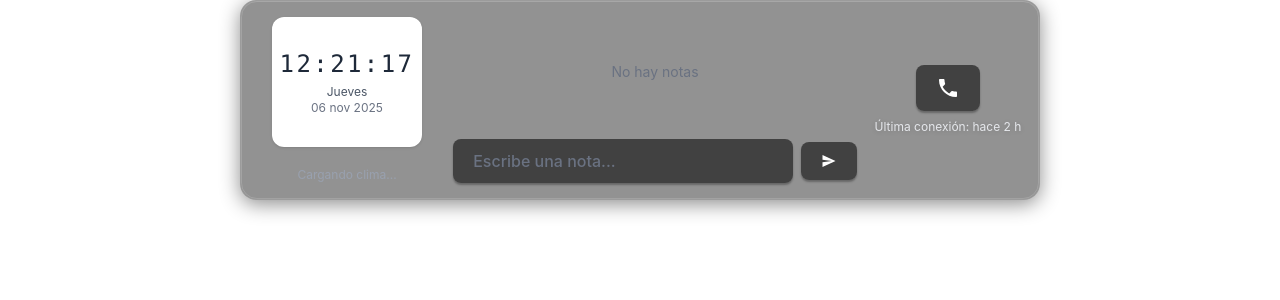
Repository: CodeByEvans/my-romantic-widget
Page: /
These files come from the project's save history. The page is drawn as it stood at one moment and after the next save; the edit follows.
The browser window is 1280 px wide. The pictures show the whole page.
The page's requests for data from a server got no answer. The project was rebuilt for these pictures with package versions that can differ from the ones it lists, and the page was loaded fresh each time. No one was signed in, and anything a server would have sent is missing. Also part of the build but not shown: vite.config.ts.

Above is the page before, as saved 2025-11-06 14:45:14.

### src/App.tsx
import "./App.css";
import { Clock } from "./components/Clock";
import { WeatherWidget } from "./components/WeatherWidget";
import { NotesList } from "./components/NotesList";
import { NoteInput } from "./components/NoteInput";
import { CallButton } from "./components/CallButton";

function App() {
  return (
    <main data-tauri-drag-region>
      {/* Clima + Reloj */}
      <section className="flex flex-col justify-between items-center h-full w-[180px] gap-2">
        <Clock />
        <WeatherWidget />
      </section>

      {/* Notas + input */}
      <section className="flex flex-col justify-between h-full flex-1">
        <NotesList />
        <NoteInput />
      </section>

      {/* Llamada */}
      <section className="flex flex-col justify-center items-center h-full w-[150px]">
        <CallButton />
        <p className="text-xs text-gray-200 mt-2 drop-shadow-sm">
          Última conexión: hace 2 h
        </p>
      </section>
    </main>
  );
}

export default App;

### src/App.css
@import "tailwindcss";

/* ======== CONFIGURACIÓN BASE ======== */
:root {
  font-family: Inter, Avenir, Helvetica, Arial, sans-serif;
  font-size: 16px;
  line-height: 24px;
  font-weight: 400;
  color: #f6f6f6;
  font-synthesis: none;
  text-rendering: optimizeLegibility;
  -webkit-font-smoothing: antialiased;
  -moz-osx-font-smoothing: grayscale;
  -webkit-text-size-adjust: 100%;
}

/* ======== ESTILO GLOBAL DE LA APP ======== */
main {
  position: relative;
  width: 800px;
  height: 200px;
  margin: 0 auto;
  display: flex;
  align-items: center;
  justify-content: space-between;
  gap: 1rem;
  padding: 1rem;

  /* Fondo cristal oscuro */
  background: rgba(15, 15, 15, 0.45);
  backdrop-filter: blur(14px) saturate(140%);
  -webkit-backdrop-filter: blur(14px) saturate(140%);
  border-radius: 1rem;
  border: 1px solid rgba(255, 255, 255, 0.08);

  /* Sombra exterior suave */
  box-shadow: 0 4px 20px rgba(0, 0, 0, 0.45),
    inset 0 1px 0 rgba(255, 255, 255, 0.05);

  -webkit-app-region: drag; /* Permitir mover la ventana */
}

/* Borde interior sutil */
main::before {
  content: "";
  position: absolute;
  inset: 0;
  border-radius: 1rem;
  border: 1px solid rgba(255, 255, 255, 0.15);
  pointer-events: none;
}

/* ======== ELEMENTOS ======== */
input,
button {
  border-radius: 8px;
  border: 1px solid transparent;
  padding: 0.6em 1.2em;
  font-size: 1em;
  font-weight: 500;
  font-family: inherit;
  color: #fff;
  background-color: rgba(30, 30, 30, 0.7);
  transition: border-color 0.25s, background-color 0.25s;
  box-shadow: 0 2px 2px rgba(0, 0, 0, 0.3);
  -webkit-app-region: no-drag;
}

button:hover {
  border-color: #396cd8;
}

button:active {
  background-color: rgba(40, 40, 40, 0.7);
}

/* Enlaces */
a {
  font-weight: 500;
  color: #61dafb;
  text-decoration: inherit;
}

a:hover {
  color: #24c8db;
}

/* Otros elementos */
h1 {
  text-align: center;
}

### src/components/Clock.tsx
import { useEffect, useState } from "react";

export const Clock = () => {
  const [time, setTime] = useState(new Date());

  useEffect(() => {
    const interval = setInterval(() => {
      setTime(new Date());
    }, 1000);
    return () => clearInterval(interval);
  }, []);

  const hours = time.getHours().toString().padStart(2, "0");
  const minutes = time.getMinutes().toString().padStart(2, "0");
  const seconds = time.getSeconds().toString().padStart(2, "0");

  const day = time.toLocaleDateString("es-ES", { weekday: "long" });
  const date = time.toLocaleDateString("es-ES", {
    day: "2-digit",
    month: "short",
    year: "numeric",
  });

  return (
    <div className="bg-white rounded-xl shadow-sm px-3 py-2 flex flex-col items-center justify-center w-[150px] h-[130px] backdrop-blur-sm">
      <p className="text-2xl font-mono tracking-widest text-gray-800">
        {hours}:{minutes}:{seconds}
      </p>
      <p className="text-xs text-gray-600 mt-1 capitalize">{day}</p>
      <p className="text-xs text-gray-500">{date}</p>
    </div>
  );
};

### src/components/WeatherWidget.tsx
import { JSX } from "react";
import { useWeather } from "../hooks/useWeather";
import {
  WiDaySunny,
  WiCloud,
  WiRain,
  WiSnow,
  WiThunderstorm,
  WiFog,
  WiDayHaze,
} from "react-icons/wi";

const weatherStyles: Record<string, { gradient: string; icon: JSX.Element }> = {
  Thunderstorm: {
    gradient: "from-indigo-800 via-purple-700 to-indigo-900 text-white",
    icon: <WiThunderstorm size={28} />,
  },
  Drizzle: {
    gradient: "from-sky-400 via-sky-500 to-blue-600 text-white",
    icon: <WiRain size={28} />,
  },
  Rain: {
    gradient: "from-blue-500 via-indigo-500 to-blue-700 text-white",
    icon: <WiRain size={28} />,
  },
  Snow: {
    gradient: "from-cyan-100 via-blue-100 to-blue-300 text-gray-700",
    icon: <WiSnow size={28} />,
  },
  Mist: {
    gradient: "from-gray-200 via-gray-300 to-gray-400 text-gray-800",
    icon: <WiFog size={28} />,
  },
  Haze: {
    gradient: "from-amber-200 via-amber-300 to-amber-400 text-gray-800",
    icon: <WiDayHaze size={28} />,
  },
  Clear: {
    gradient: "from-yellow-200 via-orange-300 to-pink-400 text-gray-900",
    icon: <WiDaySunny size={28} />,
  },
  Clouds: {
    gradient: "from-gray-300 via-gray-400 to-gray-600 text-gray-900",
    icon: <WiCloud size={28} />,
  },
  Fog: {
    gradient: "from-gray-300 via-gray-400 to-gray-500 text-gray-900",
    icon: <WiFog size={28} />,
  },
};

export const WeatherWidget = () => {
  const { data, loading, errorWeather } = useWeather();

  if (errorWeather)
    return <div className="text-xs text-red-400">{errorWeather}</div>;
  if (loading || !data)
    return <div className="text-xs text-gray-400">Cargando clima...</div>;

  const [city, info] = Object.entries(data)[0] || [];
  const temp = Math.round(info.main.temp);
  const condition = info.weather[0].main;

  const style = weatherStyles[condition] || weatherStyles["Clouds"];

  return (
    <div
      className={`relative flex flex-col items-center justify-center rounded-2xl
                  bg-gradient-to-br ${style.gradient} w-[150px] h-[100px]
                  backdrop-blur-md bg-opacity-70 shadow-[0_2px_10px_rgba(0,0,0,0.3)]
                  border border-white/20 overflow-hidden transition-all duration-500`}
    >
      {/* sutil capa de brillo animado */}
      <div className="absolute inset-0 bg-white/10 opacity-0 hover:opacity-20 transition-opacity duration-500" />

      {/* borde de reflejo superior */}
      <div className="absolute top-0 left-0 right-0 h-[1px] bg-white/40" />

      {/* contenido */}
      <div className="flex items-center gap-2">
        <div className="animate-pulse-slow">{style.icon}</div>
        <div className="flex flex-col items-start leading-tight">
          <h2 className="text-xs font-semibold tracking-wide drop-shadow-sm">
            {city}
          </h2>
          <p className="text-lg font-bold drop-shadow-sm">{temp}°C</p>
        </div>
      </div>
    </div>
  );
};

### src/components/NotesList.tsx
import { useRealTimeNotes } from "../hooks/useRealTimeNotes";

export const NotesList = () => {
  const notes = useRealTimeNotes();

  const sortedNotes = [...notes].sort(
    (a, b) =>
      new Date(b.created_at).getTime() - new Date(a.created_at).getTime()
  );

  const noteToShow = sortedNotes[0];
  if (!noteToShow)
    return (
      <div className="flex items-center justify-center h-[110px] text-gray-500 text-sm">
        No hay notas
      </div>
    );

  return (
    <div className="bg-white rounded-xl backdrop-blur-sm shadow-inner p-3 h-[110px] overflow-hidden">
      <div className="flex justify-between items-center mb-1">
        <h3 className="font-semibold text-sm text-gray-700">
          {noteToShow.from}
        </h3>
        <small className="text-xs text-gray-400">
          {new Date(noteToShow.created_at).toLocaleString()}
        </small>
      </div>
      <p className="text-gray-700 text-sm italic line-clamp-3">
        {noteToShow.message}
      </p>
    </div>
  );
};

### src/components/NoteInput.tsx
import { IoMdSend } from "react-icons/io";

export const NoteInput = () => {
  return (
    <form className="flex items-center gap-2 mt-2">
      <input
        type="text"
        placeholder="Escribe una nota..."
        className="flex-1 text-sm px-3 py-2 rounded-lg bg-white text-gray-800 placeholder-gray-500 focus:outline-none focus:ring-2 focus:ring-blue-300 transition-all"
      />
      <button
        type="submit"
        className="p-2 bg-blue-500 rounded-full text-white hover:bg-blue-600 transition-colors"
      >
        <IoMdSend size={16} />
      </button>
    </form>
  );
};

### src/components/CallButton.tsx
import { IoMdCall } from "react-icons/io";

export const CallButton = () => {
  return (
    <div className="flex flex-col items-center justify-center">
      <button className="p-4 bg-green-500 text-white rounded-full shadow-md hover:bg-green-600 hover:scale-105 transition-transform">
        <IoMdCall size={24} />
      </button>
    </div>
  );
};

### src/hooks/useWeather.ts
import { useEffect, useState } from "react";
import {
  getCityByCoordinates,
  getWeatherByCity,
} from "../services/weatherService";
import { WeatherData } from "../types/weather";
import { useGeolocation } from "./useGeolocation";

export const useWeather = () => {
  const { coords, error } = useGeolocation();
  const [data, setData] = useState<Record<string, WeatherData> | null>(null);
  const [loading, setLoading] = useState<boolean>(false);
  const [errorWeather, setErrorWeather] = useState<string | null>(null);

  useEffect(() => {
    if (error) setErrorWeather(error);
  }, [error]);

  useEffect(() => {
    if (!coords) return;

    const fetchWeather = async () => {
      setLoading(true);
      try {
        const city = await getCityByCoordinates(
          coords.latitude,
          coords.longitude
        );
        const weather = await getWeatherByCity(city[0].name);
        setData({ [city[0].name]: weather });
      } catch (error) {
        console.error(error);
      } finally {
        setLoading(false);
      }
    };

    fetchWeather();
  }, [coords]);

  return { data, loading, errorWeather };
};

### src/hooks/useRealTimeNotes.ts
import { useEffect, useState } from "react";
import z from "zod";
import { supabase } from "../services/supabaseClient";

const noteSchema = z.object({
  id: z.number(),
  from: z.string(),
  message: z.string(),
  created_at: z.string(),
});

type Note = z.infer<typeof noteSchema>;

export const useRealTimeNotes = () => {
  const [notes, setNotes] = useState<Note[]>([]);

  useEffect(() => {
    // Cargar notas iniciales
    supabase
      .from<"notes", Note>("notes")
      .select("*")
      .then(({ data, error }) => {
        if (data) {
          setNotes(data);
          console.log("Notas cargadas:", data);
        } else {
          console.error("Error fetching notes:", error);
        }
      });

    // Suscripción en tiempo real
    const channel = supabase
      .channel("public:notes")
      .on(
        "postgres_changes",
        { event: "*", schema: "public", table: "notes" },
        (payload) => {
          console.log("Cambio dettectado:", payload);

          if (payload.eventType === "INSERT") {
            const newNote = noteSchema.parse(payload.new);
            setNotes((prevNotes) => [...prevNotes, newNote]);
            console.log("Nota añadida:", newNote);
          } else if (payload.eventType === "UPDATE") {
            setNotes((prev) =>
              prev.map((note) =>
                note.id === payload.new.id
                  ? noteSchema.parse(payload.new)
                  : note
              )
            );
          } else if (payload.eventType === "DELETE") {
            setNotes((prev) =>
              prev.filter((note) => note.id !== payload.old.id)
            );
          }
        }
      )
      .subscribe();

    return () => {
      supabase.removeChannel(channel);
    };
  }, []);

  return notes;
};

### src/services/weatherService.ts
import { envs } from "../config/envs";

export const getWeatherByCity = async (city: string) => {
  const response = await fetch(
    `https://api.openweathermap.org/data/2.5/weather?q=${city}&appid=${envs.openWeatherApiKey}&units=metric`
  );

  if (!response.ok) {
    throw new Error("No se pudo obtener el clima");
  }
  return response.json();
};

export const getCityByCoordinates = async (lat: number, lon: number) => {
  const response = await fetch(
    `https://api.openweathermap.org/geo/1.0/reverse?lat=${lat}&lon=${lon}&limit=1&appid=${envs.openWeatherApiKey}`
  );

  if (!response.ok) {
    throw new Error("No se pudo obtener la ciudad");
  }

  return response.json();
};

### src/hooks/useGeolocation.ts
import { useEffect, useState } from "react";

export const useGeolocation = () => {
  const [coords, setCoords] = useState<{
    latitude: number;
    longitude: number;
  } | null>(null);
  const [error, setError] = useState<string | null>(null);

  useEffect(() => {
    if (!navigator.geolocation) {
      setError("Geolocalización no soportada por el navegador");
      return;
    }

    navigator.geolocation.getCurrentPosition(
      (position) => {
        setCoords({
          latitude: position.coords.latitude,
          longitude: position.coords.longitude,
        });
      },
      (err) => {
        setError(`Error obteniendo la geolocalización: ${err.message}`);
      }
    );
  }, []);

  return { coords, error };
};

### src/services/supabaseClient.ts
import { createClient } from "@supabase/supabase-js";
import { envs } from "../config/envs";

export const supabase = createClient(envs.supabaseUrl, envs.supabaseAnonKey, {
  realtime: {
    params: {
      eventsPerSecond: 10,
    },
  },
});

### src/config/envs.ts
import * as z from "zod";

const envSchema = z.object({
  VITE_SUPABASE_URL: z.string().url(),
  VITE_SUPABASE_ANON_KEY: z.string().min(1),
  VITE_OPEN_WEATHER_API_KEY: z.string().min(1),
});

const parsed = envSchema.parse(import.meta.env);

export const envs = {
  supabaseUrl: parsed.VITE_SUPABASE_URL,
  supabaseAnonKey: parsed.VITE_SUPABASE_ANON_KEY,
  openWeatherApiKey: parsed.VITE_OPEN_WEATHER_API_KEY,
};

Loaded but not shown: index.html (common file); src/main.tsx (common file)

After the next save:
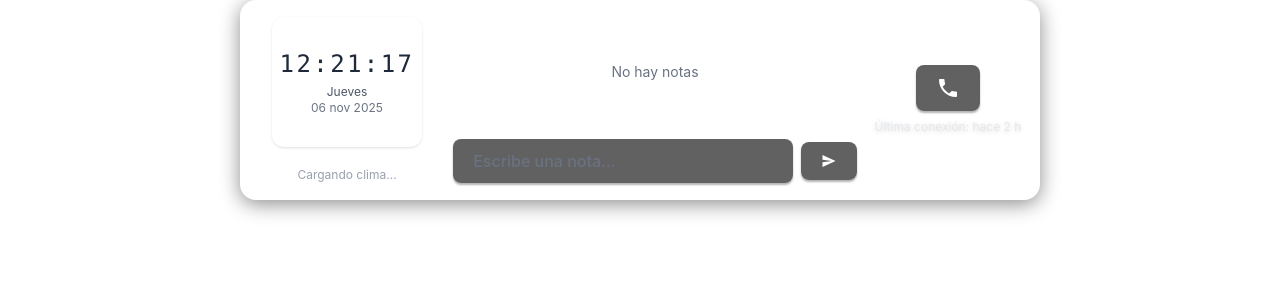
Saved 68 s later.
--- a/src/App.css
+++ b/src/App.css
@@ -27,7 +27,7 @@ main {
   padding: 1rem;
 
   /* Fondo cristal oscuro */
-  background: rgba(15, 15, 15, 0.45);
+  background: rgba(255, 255, 255, 0.1);
   backdrop-filter: blur(14px) saturate(140%);
   -webkit-backdrop-filter: blur(14px) saturate(140%);
   border-radius: 1rem;
